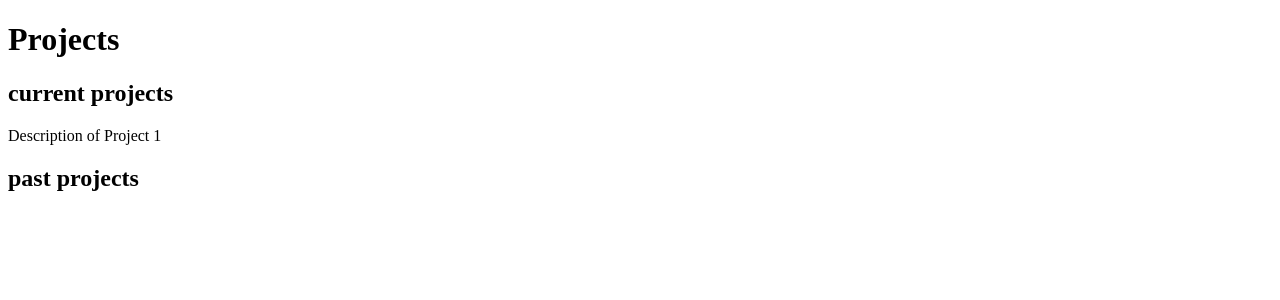
Repository: yellowspots/geneweb
Page: projects.html
The author's editor kept a copy of each file at every save. The page is drawn from the files as they stood at one save, then again after the next save.
The browser window is 1280 px wide. The pictures show the whole page.

Above is the page before, as saved 2024-05-01 21:41:01.

After the next save:
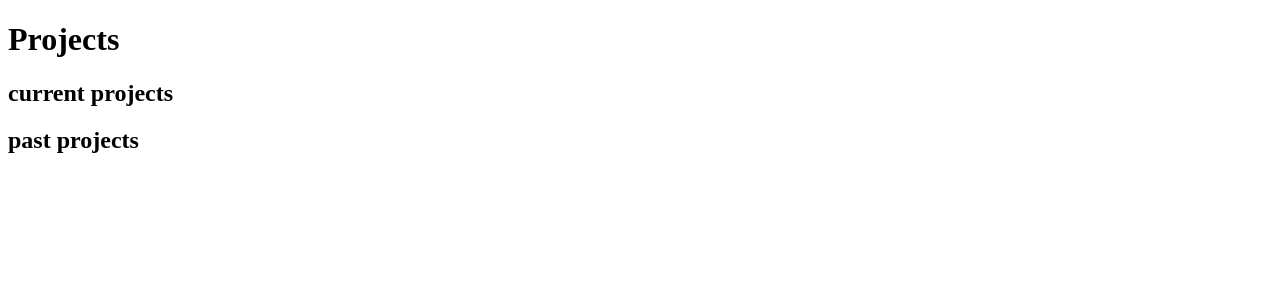
Saved 5 s later.
--- a/projects.html
+++ b/projects.html
@@ -15,7 +15,7 @@
         <!-- Placeholder objects for your projects -->
         <div class="project">
             <h2>current projects</h2>
-            <p>Description of Project 1</p>
+            <p></p>
         </div>
 
         <div class="project">
